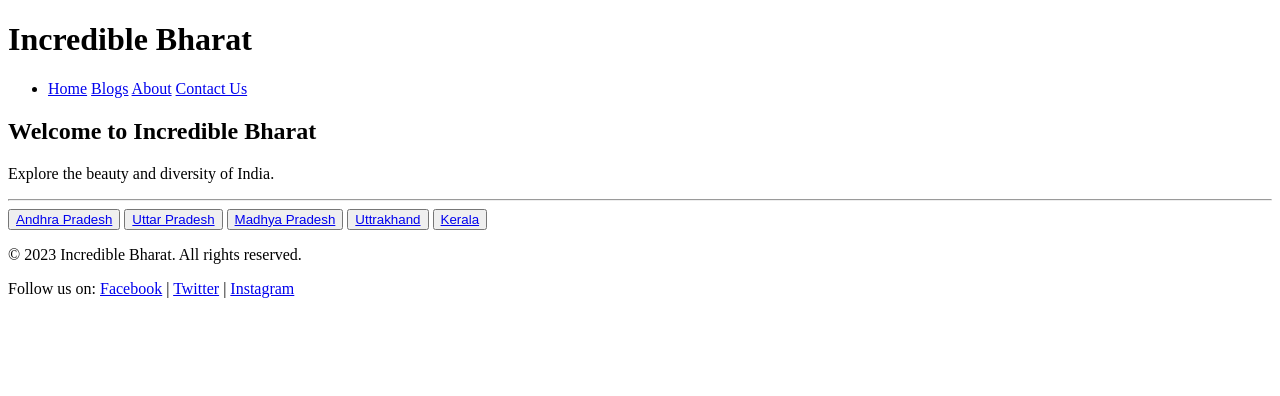
Repository: jaidhiman111/incrediblebharat
Page: index.html
These files come from the project's save history. The page is drawn as it stood at one moment and after the next save; the edit follows.
The browser window is 1280 px wide. The pictures show the whole page.

Above is the page before, as saved 2025-04-30 21:19:33.

After the next save:
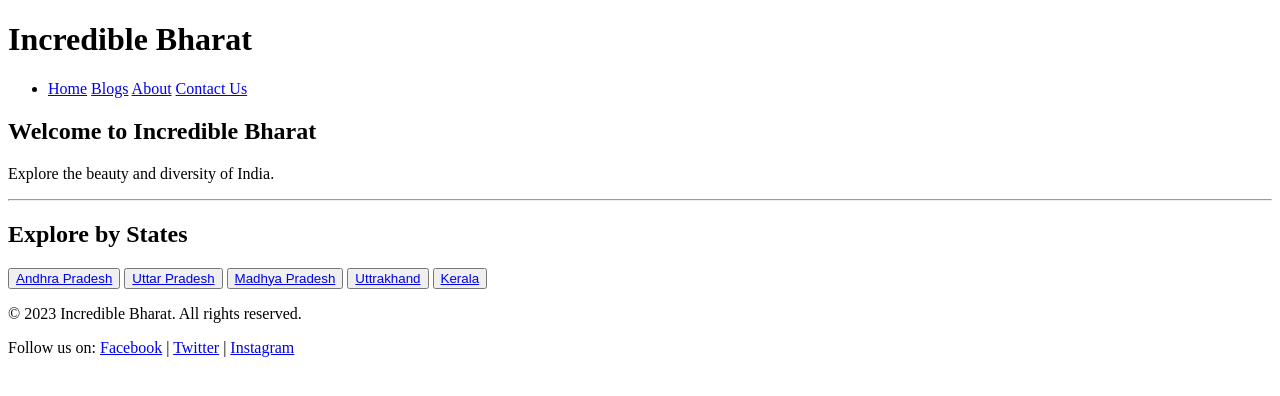
Saved 5 min 14 s later.
--- a/index.html
+++ b/index.html
@@ -26,12 +26,13 @@
     </header>
     <!-- This is the main content of the page. -->
      <main class="main-container">
-        <section>
+        <section class="hero-section">
             <h2>Welcome to Incredible Bharat</h2>
             <p>Explore the beauty and diversity of India.</p>
         </section>
         <hr>
-        <section>
+        <section class="state-section">
+            <h2>Explore by States</h2>
             <button type="button"><a href="#">Andhra Pradesh</a></button>
             <button type="button"><a href="#">Uttar Pradesh</a></button>
             <button type="button"><a href="#">Madhya Pradesh</a></button>
